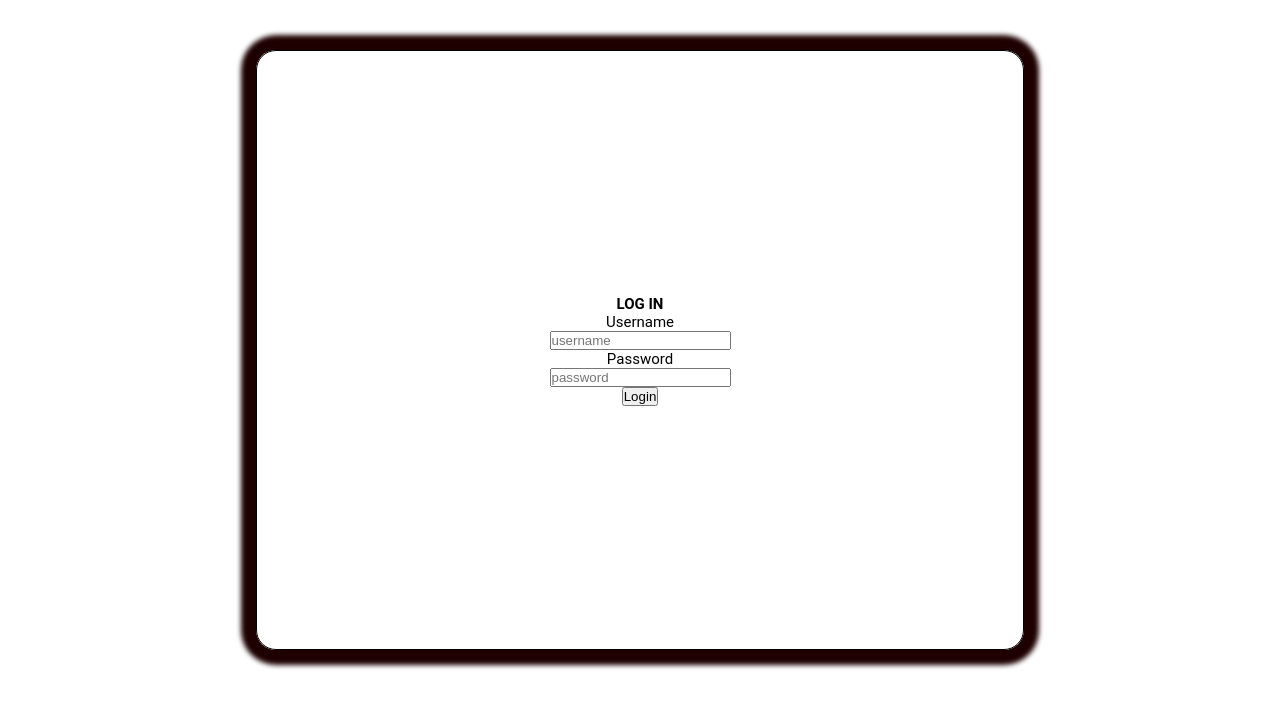
Repository: huyna1707/learning-git
Page: index.html
The author's editor kept a copy of each file at every save. The page is drawn from the files as they stood at one save, then again after the next save.
The browser window is 1280 px wide. The pictures show the whole page.

Above is the page before, as saved 2024-08-09 23:15:24.

### index.html
<!DOCTYPE html>
<html>
<head>
    <title>Form Login</title>
    <link rel="stylesheet" href="style.css">
    <script defer src="main.js"></script>
</head>
<body>
    <form action="menu">
        <h4>LOG IN</h4>
        <label for="username">Username</label>
        <input type="text" placeholder="username" id="username">
        <label for="passworld">Password</label>
        <input type="password" placeholder="password" id="password">
        <button type="submit" onclick="login">Login</button>
    </form>
</body>
</html>

### style.css
*{
    margin: 0;
    padding: 0;
    box-sizing: border-box;
}

html{
    font-size: 15px;
    font-family: 'Roboto', sans-serif;
    display: flex;
    justify-content: center;
    align-items: center;
}

form{
    width: 60vw;
    height: 600px;
    display: flex;
    flex-direction: column;
    justify-content: center;
    align-items: center;
    margin-top: 50px;
    border: 1px solid black;
    border-radius: 20px;
    box-shadow: rgb(30, 0, 0) 0 0 5px 15px;
}

### main.js
// window.prompt('What is your name?');

After the next save:
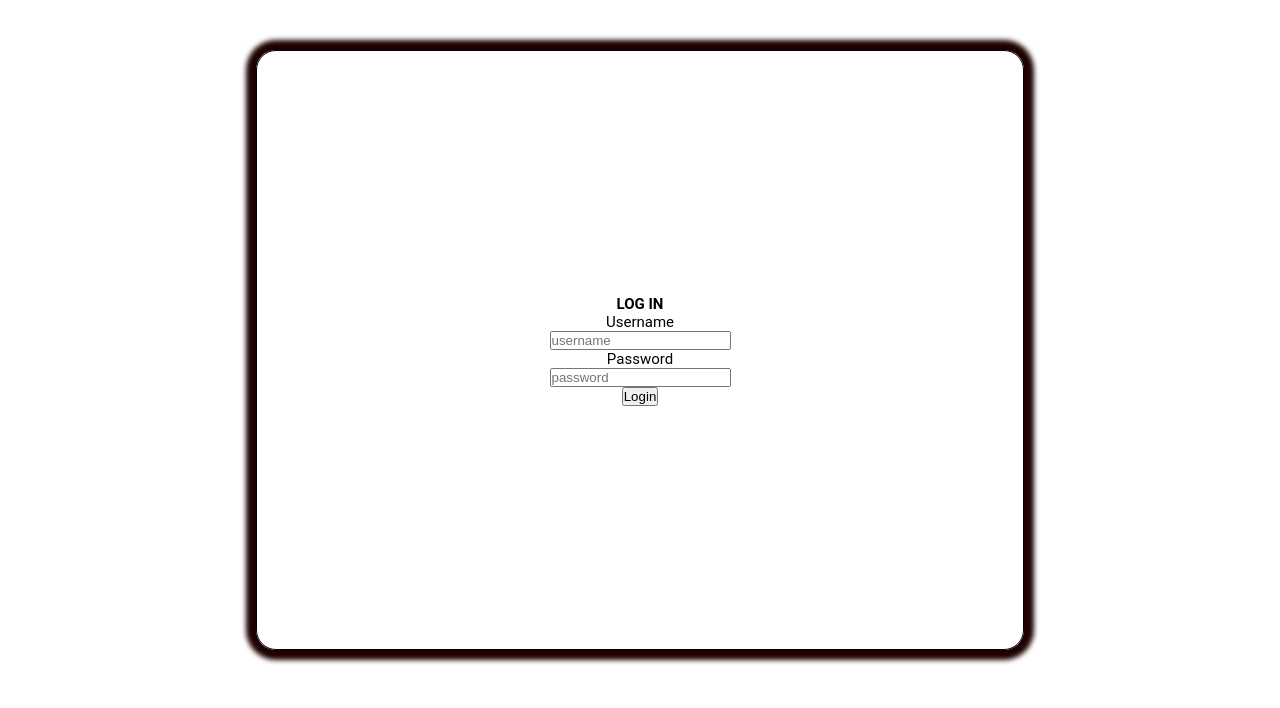
Saved 4 s later.
--- a/style.css
+++ b/style.css
@@ -22,5 +22,5 @@ form{
     margin-top: 50px;
     border: 1px solid black;
     border-radius: 20px;
-    box-shadow: rgb(30, 0, 0) 0 0 5px 15px;
+    box-shadow: rgb(30, 0, 0) 0 0 5px 10px;
 }
